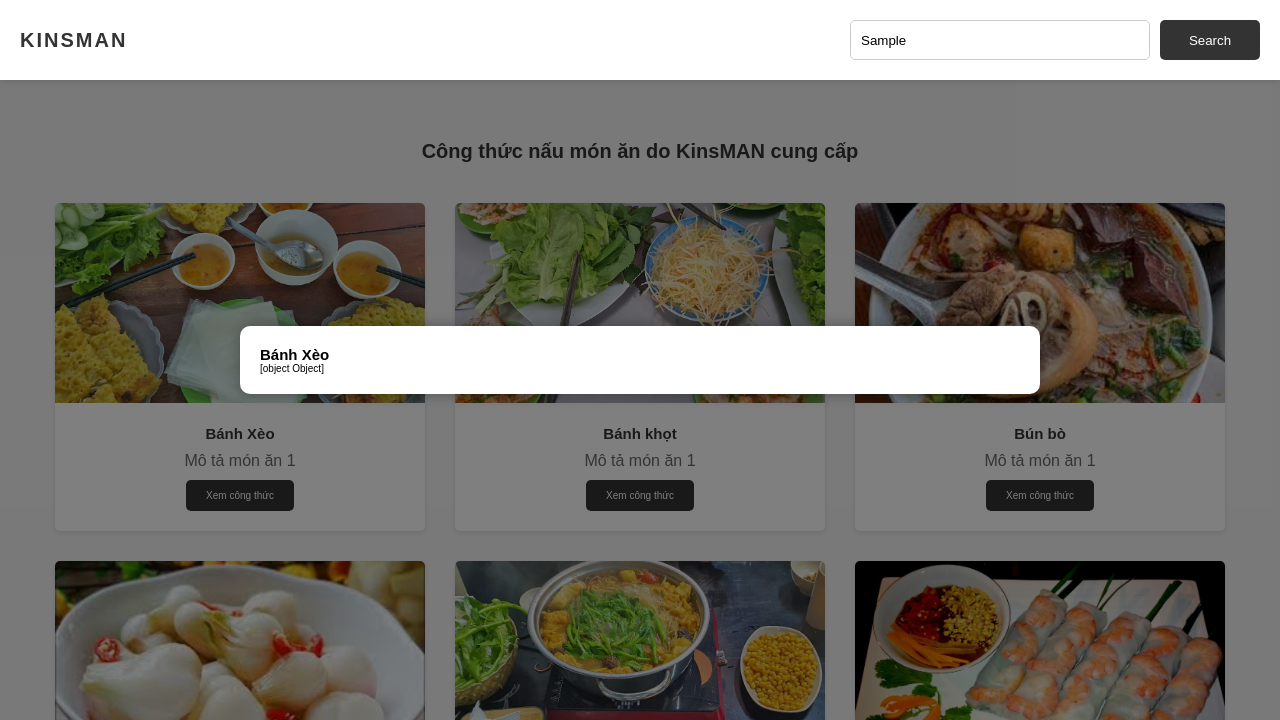
Repository: hoang28092000/how-food
Page: index.html
These files come from the project's save history. The page is drawn as it stood at one moment and after the next save; the edit follows.
The browser window is 1280 px wide. The pictures show the window.
Empty fields were first filled with sample values (such as "Sample", 5 or name@example.com).
After loading, the first visible `a.btn-card` was clicked once.
A layer covers the whole window, so only the first screen is drawn.

Above is the page before, as saved 2025-04-15 15:06:30.

### index.html
<!DOCTYPE html>
<html lang="en">
<head>
    <meta charset="UTF-8">
    <meta name="viewport" content="width=device-width, initial-scale=1.0">
    <link rel="stylesheet" href="./style.css">
    <title>Food VN</title>
</head>
<body>
    <header>
        <div class="container">
            <nav class="nav">
                <a href="#"><h1 class="logo">KINSMAN</h1></a>
                <form action="" class="search-form">
                    <input type="text" class="search-box" placeholder="Search for food...">
                    <button type="submit" class="btn-search">Search</button>
                </form>
            </nav>
        </div>
    </header>
    <main>
        <div class="container">
            <h2 class="title-page">
                Công thức nấu món ăn do KinsMAN cung cấp
            </h2>
            <div class="list-food">
                <div class="food-item">
                    <img src="./image/banh-xeo.webp" alt="Món ăn 1" class="food-image">
                    <div class="info-card">
                        <h3 class="food-name">Bánh Xèo</h3>
                        <p class="food-description">Mô tả món ăn 1</p>
                        <a class="btn-card">Xem công thức</a>
                    </div>
                </div>
                <div class="food-item">
                    <img src="./image/banh_khot.webp" alt="Món ăn 1" class="food-image">
                    <div class="info-card">
                        <h3 class="food-name">Bánh khọt</h3>
                        <p class="food-description">Mô tả món ăn 1</p>
                        <a class="btn-card">Xem công thức</a>
                    </div>
                </div>
                <div class="food-item">
                    <img src="./image/bunbo.jpg" alt="Món ăn 1" class="food-image">
                    <div class="info-card">
                        <h3 class="food-name">Bún bò</h3>
                        <p class="food-description">Mô tả món ăn 1</p>
                        <a class="btn-card">Xem công thức</a>
                    </div>
                </div>
                <div class="food-item">
                    <img src="./image/duahanh.jpg" alt="Món ăn 1" class="food-image">
                    <div class="info-card">
                        <h3 class="food-name">Dưa hành</h3>
                        <p class="food-description">Mô tả món ăn 1</p>
                        <a class="btn-card">Xem công thức</a>
                    </div>
                </div>
                <div class="food-item">
                    <img src="./image/lau.webp" alt="Món ăn 1" class="food-image">
                    <div class="info-card">
                        <h3 class="food-name">Lẩu</h3>
                        <p class="food-description">Mô tả món ăn 1</p>
                        <a class="btn-card">Xem công thức</a>
                    </div>
                </div>
                <div class="food-item">
                    <img src="./image/nemccuon.jpg" alt="Món ăn 1" class="food-image">
                    <div class="info-card">
                        <h3 class="food-name">Nem cuốn</h3>
                        <p class="food-description">Mô tả món ăn 1</p>
                        <a class="btn-card">Xem công thức</a>
                    </div>
                </div>
                <div class="food-item">
                    <img src="./image/nemran.jpg" alt="Món ăn 1" class="food-image">
                    <div class="info-card">
                        <h3 class="food-name">Nem rán</h3>
                        <p class="food-description">Mô tả món ăn 1</p>
                        <a class="btn-card">Xem công thức</a>
                    </div>
                </div>
                <div class="food-item">
                    <img src="./image/pho.jpg" alt="Món ăn 1" class="food-image">
                    <div class="info-card">
                        <h3 class="food-name">Phở</h3>
                        <p class="food-description">Mô tả món ăn 1</p>
                        <a class="btn-card">Xem công thức</a>
                    </div>
                </div>
                <div class="food-item">
                    <img src="./image/phobo.jpg" alt="Món ăn 1" class="food-image">
                    <div class="info-card">
                        <h3 class="food-name">Phở bò</h3>
                        <p class="food-description">Mô tả món ăn 1</p>
                        <a class="btn-card">Xem công thức</a>
                    </div>
                </div>
                <div class="food-item">
                    <img src="./image/raumuong-xaotoi.webp" alt="Món ăn 1" class="food-image">
                    <div class="info-card">
                        <h3 class="food-name">Rau muống xào tỏi</h3>
                        <p class="food-description">Mô tả món ăn 1</p>
                        <a class="btn-card">Xem công thức</a>
                    </div>
                </div>
                <div class="food-item">
                    <img src="./image/thitkho.jpg" alt="Món ăn 1" class="food-image">
                    <div class="info-card">
                        <h3 class="food-name">Thịt kho</h3>
                        <p class="food-description">Mô tả món ăn 1</p>
                        <a class="btn-card">Xem công thức</a>
                    </div>
                </div>
                <div class="food-item">
                    <img src="./image/vit-quay.jpg" alt="Món ăn 1" class="food-image">
                    <div class="info-card">
                        <h3 class="food-name">Vịt quay</h3>
                        <p class="food-description">Mô tả món ăn 1</p>
                        <a class="btn-card">Xem công thức</a>
                    </div>
                </div>

            </div>
        </div>
    </main>

    <div class="modal-overlay hidden">
        <div class="modal-content">
            <span class="close-modal">&times;</span>
            <h2 class="modal-title">Tên món ăn</h2>
            <p class="modal-recipe">Nội dung công thức...</p>
        </div>
    </div>


    <footer>
        <div class="container">
            <p>&copy; 20235 KinsMan. All rights reserved.</p>
        </div>
    </footer>


    <script src="./script.js"></script>
</body>
</html>

### style.css
*{
    padding: 0;
    margin: 0;
    box-sizing: border-box;
}

/* show công thức---------------------- */

/* Nền mờ toàn màn hình */
.modal-overlay {
    position: fixed;
    top: 0;
    left: 0;
    width: 100%;
    height: 100%;
    background-color: rgba(0, 0, 0, 0.5); /* nền mờ */
    display: flex;
    justify-content: center;
    align-items: center;
    z-index: 999;
}

/* Khung nội dung ở giữa */
.modal-content {
    background: white;
    padding: 20px;
    border-radius: 10px;
    max-width: 800px;
    max-height: 800px;
    width: 100%;
    overflow-y: auto; /* thanh cuộn dọc nếu nội dung dài */
    box-shadow: 0 0 15px rgba(0, 0, 0, 0.3);
  }
.recipe-content {
    white-space: pre-line;
  }

/* Nút đóng */
.close-modal {
    position: absolute;
    top: 10px;
    right: 15px;
    font-size: 25px;
    cursor: pointer;
}
.close-modal:hover {
    color: red;
}

.show{
    box-shadow: 0 2px 5px rgba(0, 0, 0, 0.1);
}
.hidden{
    display: none;
}



nav > a{
    text-decoration: none;
    color: #333;
}
html{
    font-size: 62.5%;
    scroll-behavior: smooth;
}
.container{
    max-width: calc(100% - 48px);
    width: 1170px;
    margin: 0 auto;
}
body{
    font-family: 'Poppins', sans-serif;
    background-color: #f4f4f4;
}
/* header */
nav{
    display: flex;
    justify-content: space-between;
    align-items: center;
    padding: 20px;
    background-color: #fff;
    box-shadow: 0 2px 5px rgba(0, 0, 0, 0.1);
    position: fixed;
    width: 100%;
    top: 0;
    left: 0;
    z-index: 1000;
}
nav .logo{
    font-size: 2rem;
    font-weight: bold;
    color: #333;
    letter-spacing: 2px;
}
nav .search-form{
    display: flex;
    width: 50%;
    align-items: center;
    justify-content: flex-end;
}
.search-box{
    width: 300px;
    height: 40px;
    padding-left: 10px;
    border: 1px solid #ccc;
    border-radius: 5px;
    outline: none;
}
.btn-search{
    width: 100px;
    height: 40px;
    background-color: #333;
    color: #fff;
    border: none;
    border-radius: 5px;
    cursor: pointer;
    margin-left: 10px;
    transition: background-color 0.2s ease-in-out;
}
.btn-search:hover{
    background-color: #555;
}
/* main */
main{
    margin-top: 80px;
}
.title-page{
    padding-top: 60px;
    text-align: center;
    font-size: 2rem;
    font-weight: bold;
    color: #333;

}
.list-food{
    display: grid;
    grid-template-columns: repeat(auto-fill, minmax(300px, 1fr));
    gap: 30px;
    margin-top: 40px;
}
.food-item{
    background-color: #fff;
    border-radius: 5px;
    box-shadow: 0 2px 5px rgba(0, 0, 0, 0.1);
    overflow: hidden;
    transition: transform 0.2s ease-in-out;
}
.food-item:hover{
    transform: scale(1.05);
    cursor: pointer;
}
.food-item img{
    width: 100%;
    height: 200px;
    object-fit: cover;
}
.info-card{
    padding: 20px 20px 30px;
    text-align: center;
}
.food-item h3{
    font-size: 1.5rem;
    font-weight: bold;
    color: #333;
    margin-bottom: 10px;
}
.food-item p{
    font-size: 1.6rem;
    color: #666;
    margin-bottom: 20px;
}
.food-item .btn-card{
    background-color: #333;
    color: #fff;
    border: none;
    border-radius: 5px;
    padding: 10px 20px;
    cursor: pointer;
    transition: background-color 0.2s ease-in-out;
}
.food-item .btn-card:hover{
    background-color: #555;
}
/* footer */
footer{
    background-color: #333;
    color: #fff;
    padding: 20px 0;
    text-align: center;
    position: relative;
    bottom: 0;
    width: 100%;
    margin-top: 60px;
}
footer p{
    font-size: 1.4rem;
    color: #fff;
    margin: 0;
}

/* responsive */
@media (max-width: 768px) {
    nav {
        flex-direction: column;
        align-items: center;
        gap: 20px;
    }
    .search-box{
        width: 80%;
    }
    .btn-search{
        width: 20%;
    }
    .list-food{
        grid-template-columns: repeat(auto-fill, minmax(200px, 1fr));
    }
}

### script.js
const searchForm = document.querySelector(".search-form");
const searchInput = document.querySelector(".search-box");
const searchButton = document.querySelector(".btn-search");
const foodItems = document.querySelectorAll(".food-item");

const message = document.createElement("p");
message.textContent = "Không tìm thấy công thức nào!";
message.style.color = "red";
message.style.fontSize = "20px";
message.style.display = "none";
message.style.textAlign = "center";
document.querySelector("main").appendChild(message); // Gắn vào main cho hợp lý

searchButton.addEventListener("click", (e) => {
  e.preventDefault(); // Chặn reload khi bấm Search

  const query = searchInput.value.trim().toLowerCase();
  let foundAny = false;

  for (let item of foodItems) {
    const name = item.querySelector(".food-name").textContent.toLowerCase();
    if (name.includes(query)) {
      item.style.display = "block";
      foundAny = true;
    } else {
      item.style.display = "none";
    }
  }

  message.style.display = foundAny ? "none" : "block";
});

// Xem công thức chi tiết
// lay tat ca cac nut xem cong thuc
// Lấy tất cả các nút "Xem công thức"
const viewButtons = document.querySelectorAll(".btn-card");

// Lấy phần modal (popup), tiêu đề, nội dung công thức và nút đóng
const modal = document.querySelector(".modal-overlay");
const modalTitle = document.querySelector(".modal-title");
const modalRecipe = document.querySelector(".modal-recipe");
const closeModal = document.querySelector(".close-modal");

// Một object chứa công thức món ăn tương ứng với tên món
const recipes = {
  "Bánh Xèo": {
    ingredients: `
- 200g bột gạo
- 50g bột chiên giòn
- 300ml nước lọc
- 100ml nước cốt dừa
- 1/2 muỗng cà phê muối
- 1/2 muỗng cà phê bột nghệ
- 100g thịt ba chỉ
- 100g tôm
- 100g giá đỗ
- Rau sống, nước mắm chua ngọt
    `,
    steps: `
    1. Trộn đều bột gạo, bột chiên giòn, bột nghệ, nước lọc, nước cốt dừa và muối. Để nghỉ 15–20 phút.
    2. Ướp thịt và tôm với chút nước mắm, tiêu, tỏi.
    3. Làm nóng chảo, cho ít dầu, xào sơ nhân.
    4. Đổ bột vào chảo, xoay tròn cho mỏng, thêm nhân và giá đỗ.
    5. Đậy nắp 2–3 phút, gập đôi bánh, lấy ra đĩa.
    6. Ăn kèm rau sống và nước mắm chua ngọt.`,
  },
  Phở: {
    ingredients: `
- Xương bò
- Bánh phở tươi
- Thịt bò tái/lá lách/nạm
- Hành tây, hành lá
- Gia vị: quế, hồi, gừng nướng, nước mắm
    `,
    steps: `
    1. Ninh xương bò với gừng nướng, hành nướng và gia vị trong 3–4 tiếng.
    2. Trụng bánh phở qua nước sôi.
    3. Xếp bánh phở ra bát, thêm thịt bò, chan nước dùng.
    4. Ăn kèm rau thơm, chanh, ớt.`,
  },
  "Phở bò": {
    ingredients: `
      - Xương ống bò, bắp bò, giò heo
      - Sả cây, hành tây, gừng, thơm
      - Mắm ruốc Huế, ớt sa tế
      - Bún sợi to, rau sống ăn kèm
    `,
    steps: `
      - Hầm xương ống bò, bắp bò, giò heo cùng sả, hành tây, gừng và thơm để lấy nước dùng.
      - Nêm mắm ruốc Huế, ớt sa tế vào nước dùng cho đậm đà.
      - Trụng bún, xếp vào tô, thêm thịt và chan nước dùng lên. Ăn kèm rau sống.
`,
  },
  Lẩu: {
    ingredients: `
- Xương ống, cà chua, sả, chanh, riềng, dứa
- Sốt Tom Yum, nước cốt dừa, lá chanh
- Hải sản: mực, tôm, bề bề, ngao, thịt bò
 -Nấm, ngô ngọt, rau cải, rau cần
    `,
    steps: `
  - Hầm xương ống với cà chua, sả, riềng, dứa để làm nước dùng.
  - Thêm sốt Tom Yum, nước cốt dừa, lá chanh vào nước dùng.
  - Khi ăn, nhúng hải sản, nấm và rau vào nồi lẩu đang sôi.`,
  },
  "Nem rán": {
    ingredients: `
- Thịt nạc vai xay, tôm nõn, mộc nhĩ, nấm hương
- Miến, củ đậu, hành tây, su hào, cà rốt
- Trứng, hành khô, bánh đa nem
    `,
    steps: `
    - Trộn tất cả nguyên liệu với gia vị.
    - Gói nhân vào bánh đa nem, phết bia lên bề mặt bánh để khi rán giòn hơn.
    - Rán nem trong dầu nóng đến khi vàng giòn.`,
  },
  "Rau muống xào tỏi": {
    ingredients: `
  - Rau muống, tỏi băm, dầu ăn

  - Gia vị: hạt nêm, đường, bột ngọt, dầu hào
    `,
    steps: `
  - Phi thơm tỏi trong dầu nóng.
  - Cho rau muống vào xào trên lửa lớn, thêm chút nước lọc.
  - Nêm gia vị, xào đều tay đến khi rau chín.`,
  },
  "Thịt kho": {
    ingredients: `
- Thịt ba chỉ, hành tím, tỏi, ớt

- Gia vị: nước mắm, tiêu hạt, đường, muối, bột ngọt
    `,
    steps: `
- Ướp thịt với gia vị trong 15 phút.

- Phi thơm hành tỏi, cho thịt vào xào săn.

- Thêm nước, kho nhỏ lửa đến khi thịt mềm và nước sánh lại.`,
  },
  "Vịt quay": {
    ingredients: `
- Vịt nguyên con, nước tương, muối, hạt nêm
- Đường, dầu hào, ngũ vị hương
    `,
    steps: `
- Ướp vịt với hỗn hợp gia vị trong vài giờ.
- Quay vịt trong lò hoặc trên than đến khi da vàng giòn.`,
  },
  "Dưa hành": {
    ingredients: `
- Hành củ, khế, muối, giấm, đường
    `,
    steps: `
  - Ngâm hành với nước khế xay và muối qua đêm.
  - Rửa sạch hành, để ráo.
  - Ngâm hành trong hỗn hợp giấm, đường, muối đã đun sôi và để nguội.`,
  },
  "Bánh khọt": {
    ingredients: `
- Bột bánh: bột gạo, bột chiên giòn, nước cốt dừa, bột nghệ, muối
- Tôm đất (để nguyên con hoặc cắt nhỏ)
- Hành lá, giá đỗ
- Rau sống: xà lách, diếp cá, tía tô…
- Nước mắm chua ngọt ăn kèm
    `,
    steps: `
- Trộn bột với nước cốt dừa, thêm chút muối và bột nghệ để tạo màu vàng đẹp. Để bột nghỉ 30 phút.
- Làm nóng khuôn bánh khọt, quét dầu. Đổ bột vào khuôn, đặt tôm - lên trên. Đậy nắp cho bánh chín và giòn phần đáy.
- Dọn bánh cùng rau sống, chấm nước mắm pha.`,
  },

};
modalRecipe.innerHTML = `
  <h3>🥣 Nguyên liệu:</h3>
  <pre>${recipes[name]?.ingredients || "Chưa có công thức."}</pre>
  <h3>🔥 Cách làm:</h3>
  <pre>${recipes[name]?.steps || ""}</pre>
`;

// Lặp qua tất cả các nút "Xem công thức"
viewButtons.forEach((button) => {
  button.addEventListener("click", (e) => {
    e.preventDefault(); // Ngăn trình duyệt chuyển hướng (vì là thẻ <a>)

    // Tìm phần tử cha gần nhất có class "food-item"
    const item = button.closest(".food-item");

    // Lấy tên món ăn từ trong phần tử đó (thẻ h3)
    const name = item.querySelector(".food-name").textContent.trim();

    // Đặt tiêu đề của popup là tên món ăn
    modalTitle.textContent = name;

    // Hiển thị công thức từ object "recipes", nếu chưa có thì báo chưa có công thức
    modalRecipe.textContent = recipes[name] || "Chưa có công thức chi tiết.";

    // Hiện popup bằng cách bỏ class "hidden"
    modal.classList.remove("hidden");
  });
});

// Gắn sự kiện click vào nút đóng (dấu ×)
closeModal.addEventListener("click", () => {
  modal.classList.add("hidden"); // Ẩn popup bằng cách thêm lại class "hidden"
});

// Nếu người dùng click ra ngoài vùng modal-content thì cũng ẩn popup
modal.addEventListener("click", (e) => {
  if (e.target === modal) {
    modal.classList.add("hidden");
  }
});

After the next save:
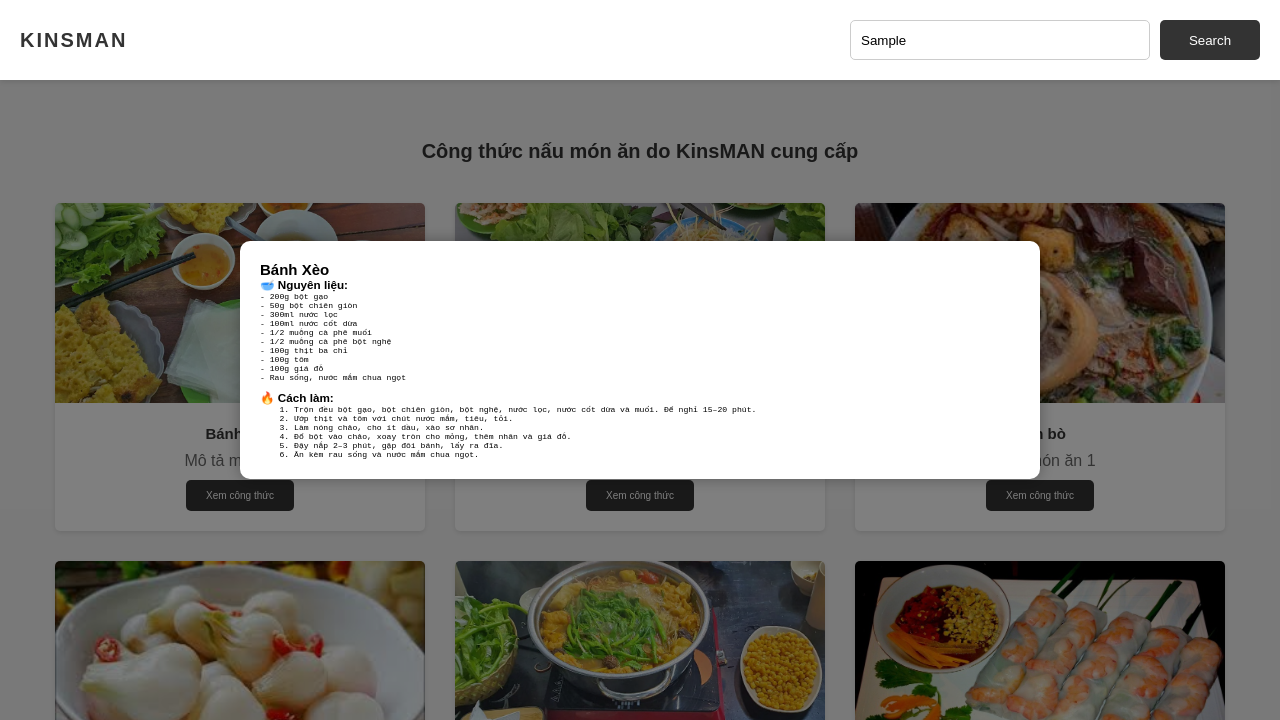
Saved 9 min 46 s later.
--- a/script.js
+++ b/script.js
@@ -1,3 +1,4 @@
+// Lấy các phần tử cần thiết
 const searchForm = document.querySelector(".search-form");
 const searchInput = document.querySelector(".search-box");
 const searchButton = document.querySelector(".btn-search");
@@ -9,8 +10,9 @@ message.style.color = "red";
 message.style.fontSize = "20px";
 message.style.display = "none";
 message.style.textAlign = "center";
-document.querySelector("main").appendChild(message); // Gắn vào main cho hợp lý
+document.querySelector("main").appendChild(message); // Gắn vào main
 
+// Sự kiện tìm kiếm
 searchButton.addEventListener("click", (e) => {
   e.preventDefault(); // Chặn reload khi bấm Search
 
@@ -30,8 +32,6 @@ searchButton.addEventListener("click", (e) => {
   message.style.display = foundAny ? "none" : "block";
 });
 
-// Xem công thức chi tiết
-// lay tat ca cac nut xem cong thuc
 // Lấy tất cả các nút "Xem công thức"
 const viewButtons = document.querySelectorAll(".btn-card");
 
@@ -64,119 +64,8 @@ const recipes = {
     5. Đậy nắp 2–3 phút, gập đôi bánh, lấy ra đĩa.
     6. Ăn kèm rau sống và nước mắm chua ngọt.`,
   },
-  Phở: {
-    ingredients: `
-- Xương bò
-- Bánh phở tươi
-- Thịt bò tái/lá lách/nạm
-- Hành tây, hành lá
-- Gia vị: quế, hồi, gừng nướng, nước mắm
-    `,
-    steps: `
-    1. Ninh xương bò với gừng nướng, hành nướng và gia vị trong 3–4 tiếng.
-    2. Trụng bánh phở qua nước sôi.
-    3. Xếp bánh phở ra bát, thêm thịt bò, chan nước dùng.
-    4. Ăn kèm rau thơm, chanh, ớt.`,
-  },
-  "Phở bò": {
-    ingredients: `
-      - Xương ống bò, bắp bò, giò heo
-      - Sả cây, hành tây, gừng, thơm
-      - Mắm ruốc Huế, ớt sa tế
-      - Bún sợi to, rau sống ăn kèm
-    `,
-    steps: `
-      - Hầm xương ống bò, bắp bò, giò heo cùng sả, hành tây, gừng và thơm để lấy nước dùng.
-      - Nêm mắm ruốc Huế, ớt sa tế vào nước dùng cho đậm đà.
-      - Trụng bún, xếp vào tô, thêm thịt và chan nước dùng lên. Ăn kèm rau sống.
-`,
-  },
-  Lẩu: {
-    ingredients: `
-- Xương ống, cà chua, sả, chanh, riềng, dứa
-- Sốt Tom Yum, nước cốt dừa, lá chanh
-- Hải sản: mực, tôm, bề bề, ngao, thịt bò
- -Nấm, ngô ngọt, rau cải, rau cần
-    `,
-    steps: `
-  - Hầm xương ống với cà chua, sả, riềng, dứa để làm nước dùng.
-  - Thêm sốt Tom Yum, nước cốt dừa, lá chanh vào nước dùng.
-  - Khi ăn, nhúng hải sản, nấm và rau vào nồi lẩu đang sôi.`,
-  },
-  "Nem rán": {
-    ingredients: `
-- Thịt nạc vai xay, tôm nõn, mộc nhĩ, nấm hương
-- Miến, củ đậu, hành tây, su hào, cà rốt
-- Trứng, hành khô, bánh đa nem
-    `,
-    steps: `
-    - Trộn tất cả nguyên liệu với gia vị.
-    - Gói nhân vào bánh đa nem, phết bia lên bề mặt bánh để khi rán giòn hơn.
-    - Rán nem trong dầu nóng đến khi vàng giòn.`,
-  },
-  "Rau muống xào tỏi": {
-    ingredients: `
-  - Rau muống, tỏi băm, dầu ăn
-
-  - Gia vị: hạt nêm, đường, bột ngọt, dầu hào
-    `,
-    steps: `
-  - Phi thơm tỏi trong dầu nóng.
-  - Cho rau muống vào xào trên lửa lớn, thêm chút nước lọc.
-  - Nêm gia vị, xào đều tay đến khi rau chín.`,
-  },
-  "Thịt kho": {
-    ingredients: `
-- Thịt ba chỉ, hành tím, tỏi, ớt
-
-- Gia vị: nước mắm, tiêu hạt, đường, muối, bột ngọt
-    `,
-    steps: `
-- Ướp thịt với gia vị trong 15 phút.
-
-- Phi thơm hành tỏi, cho thịt vào xào săn.
-
-- Thêm nước, kho nhỏ lửa đến khi thịt mềm và nước sánh lại.`,
-  },
-  "Vịt quay": {
-    ingredients: `
-- Vịt nguyên con, nước tương, muối, hạt nêm
-- Đường, dầu hào, ngũ vị hương
-    `,
-    steps: `
-- Ướp vịt với hỗn hợp gia vị trong vài giờ.
-- Quay vịt trong lò hoặc trên than đến khi da vàng giòn.`,
-  },
-  "Dưa hành": {
-    ingredients: `
-- Hành củ, khế, muối, giấm, đường
-    `,
-    steps: `
-  - Ngâm hành với nước khế xay và muối qua đêm.
-  - Rửa sạch hành, để ráo.
-  - Ngâm hành trong hỗn hợp giấm, đường, muối đã đun sôi và để nguội.`,
-  },
-  "Bánh khọt": {
-    ingredients: `
-- Bột bánh: bột gạo, bột chiên giòn, nước cốt dừa, bột nghệ, muối
-- Tôm đất (để nguyên con hoặc cắt nhỏ)
-- Hành lá, giá đỗ
-- Rau sống: xà lách, diếp cá, tía tô…
-- Nước mắm chua ngọt ăn kèm
-    `,
-    steps: `
-- Trộn bột với nước cốt dừa, thêm chút muối và bột nghệ để tạo màu vàng đẹp. Để bột nghỉ 30 phút.
-- Làm nóng khuôn bánh khọt, quét dầu. Đổ bột vào khuôn, đặt tôm - lên trên. Đậy nắp cho bánh chín và giòn phần đáy.
-- Dọn bánh cùng rau sống, chấm nước mắm pha.`,
-  },
-
+  // Các công thức khác...
 };
-modalRecipe.innerHTML = `
-  <h3>🥣 Nguyên liệu:</h3>
-  <pre>${recipes[name]?.ingredients || "Chưa có công thức."}</pre>
-  <h3>🔥 Cách làm:</h3>
-  <pre>${recipes[name]?.steps || ""}</pre>
-`;
 
 // Lặp qua tất cả các nút "Xem công thức"
 viewButtons.forEach((button) => {
@@ -186,6 +75,11 @@ viewButtons.forEach((button) => {
     // Tìm phần tử cha gần nhất có class "food-item"
     const item = button.closest(".food-item");
 
+    if (!item) {
+      console.error("Không tìm thấy phần tử cha có class .food-item");
+      return;
+    }
+
     // Lấy tên món ăn từ trong phần tử đó (thẻ h3)
     const name = item.querySelector(".food-name").textContent.trim();
 
@@ -193,7 +87,12 @@ viewButtons.forEach((button) => {
     modalTitle.textContent = name;
 
     // Hiển thị công thức từ object "recipes", nếu chưa có thì báo chưa có công thức
-    modalRecipe.textContent = recipes[name] || "Chưa có công thức chi tiết.";
+    modalRecipe.innerHTML = `
+      <h3>🥣 Nguyên liệu:</h3>
+      <pre>${recipes[name]?.ingredients || "Chưa có công thức."}</pre>
+      <h3>🔥 Cách làm:</h3>
+      <pre>${recipes[name]?.steps || ""}</pre>
+    `;
 
     // Hiện popup bằng cách bỏ class "hidden"
     modal.classList.remove("hidden");
